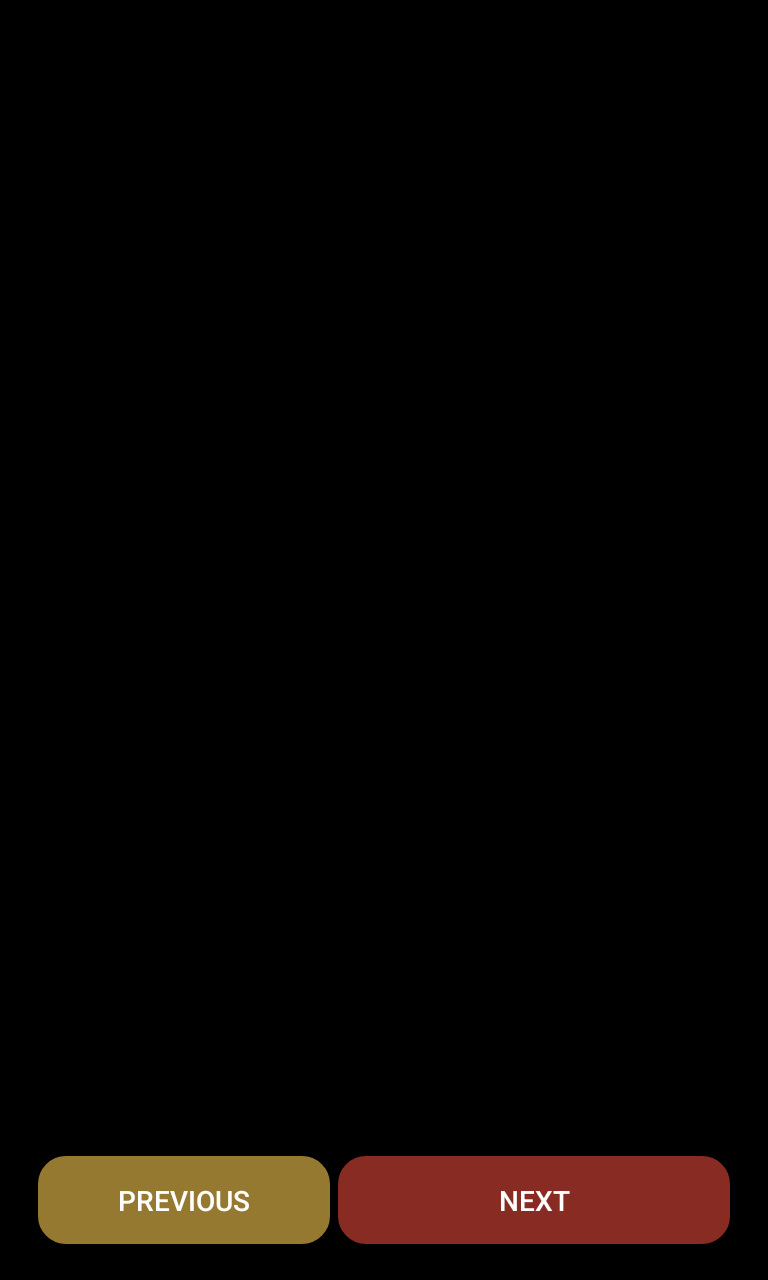
Repository: Dsupreme/MC_tictactoe
Layout: basicgrid/res/layout/tutorial1.xml
These files come from the project's save history. The layout is drawn as it stood at one moment and after the next save; the edit follows.
It is drawn on a 768 x 1280 px phone screen (xhdpi) without system bars, with theme AppTheme; the app's code is not run. The app's manifest (not shown) leaves right-to-left support off. So textAlignment, textDirection and layoutDirection are ignored, and left and right values win over start and end ones.

Above is the layout before, as saved 2014-12-02 05:20:11.

### basicgrid/res/layout/tutorial1.xml
<?xml version="1.0" encoding="utf-8"?>
<RelativeLayout xmlns:android="http://schemas.android.com/apk/res/android"
	android:layout_width="match_parent"
    android:layout_height="match_parent"
    android:background="#000000"
    android:scaleType="fitXY"
    android:paddingBottom="@dimen/activity_vertical_margin"
    android:paddingLeft="@dimen/activity_horizontal_margin"
    android:paddingRight="@dimen/activity_horizontal_margin"
    android:paddingTop="@dimen/activity_vertical_margin"
    android:orientation="vertical" >

    <ImageView
        android:id="@+id/ivAnimation"
        android:layout_width="350dp"
        android:layout_height="350dp"
        android:layout_above="@+id/text_vp"
        android:layout_centerHorizontal="true"
        android:contentDescription="Animation" />

    <Button
        android:id="@+id/prev"
        android:layout_width="150dp"
        android:layout_height="wrap_content"
        android:layout_alignLeft="@+id/ivAnimation"
        android:layout_alignParentBottom="true"
        android:layout_weight="1"
        android:background="@drawable/button_states_yellow"
        android:text="Previous"
        android:textColor="#FFF" />

    <Button
        android:id="@+id/next"
        android:layout_width="150dp"
        android:layout_height="wrap_content"
        android:layout_alignBaseline="@id/prev"
        android:layout_alignBottom="@id/prev"
        android:layout_toRightOf="@id/prev"
        android:layout_alignRight="@id/ivAnimation"
        android:layout_weight="1"
        android:background="@drawable/button_states_peach"
        android:text="Next"
        android:textColor="#FFF" />

    <TextView
        android:id="@+id/text_vp"
        android:layout_width="match_parent"
        android:layout_height="wrap_content"
        android:layout_above="@+id/prev"
        android:layout_alignLeft="@+id/ivAnimation"
        android:gravity="center"
        android:paddingBottom="10sp"
        android:paddingLeft="10sp"
        android:paddingRight="10sp"
        android:paddingTop="10sp"
        android:textAlignment="center"
        android:textColor="#FFFFFF"
        android:textSize="20sp" />

</RelativeLayout>

### basicgrid/res/drawable/button_states_yellow.xml
<?xml version="1.0" encoding="utf-8"?>
<selector xmlns:android="http://schemas.android.com/apk/res/android">
    <item android:drawable="@drawable/custom_button_yellow_pressed"
          android:state_pressed="true" />
    <item android:drawable="@drawable/custom_button_yellow_pressed"
          android:state_focused="true" />
    <item android:drawable="@drawable/custom_button_yellow" />
</selector>

### basicgrid/res/drawable/button_states_peach.xml
<?xml version="1.0" encoding="utf-8"?>
<selector xmlns:android="http://schemas.android.com/apk/res/android">
    <item android:drawable="@drawable/custom_button_peach_pressed"
          android:state_pressed="true" />
    <item android:drawable="@drawable/custom_button_peach_pressed"
          android:state_focused="true" />
    <item android:drawable="@drawable/custom_button_peach" />
</selector>

### basicgrid/res/drawable/custom_button_peach_pressed.xml
<?xml version="1.0" encoding="utf-8"?>
<layer-list xmlns:android="http://schemas.android.com/apk/res/android" >
    <item android:left="0dp" android:right="0dp"  android:top="0dp"  android:bottom="0dp">
    <shape android:shape="rectangle" >
        <solid android:color="#e74c3c"/>
        <corners android:radius="15dp"></corners>
		<padding android:top="7dp" android:bottom="7dp" android:right="7dp" android:left="7dp"/>
    	<stroke android:width="2dp" android:color="#000" />
    </shape>
    </item>
</layer-list>
<!-- color a1352a-->

### basicgrid/res/drawable/custom_button_peach.xml
<?xml version="1.0" encoding="utf-8"?>
<layer-list xmlns:android="http://schemas.android.com/apk/res/android" >
    <item android:left="0dp" android:right="0dp"  android:top="0dp"  android:bottom="0dp">
    <shape android:shape="rectangle" >
        <solid android:color="#96e74c3c"/>
        <corners android:radius="15dp"></corners>
		<padding android:top="7dp" android:bottom="7dp" android:right="7dp" android:left="7dp"/>
    	<stroke android:width="2dp" android:color="#000" />
    </shape>
    </item>
</layer-list>

### basicgrid/res/drawable/custom_button_yellow_pressed.xml
<?xml version="1.0" encoding="utf-8"?>
<layer-list xmlns:android="http://schemas.android.com/apk/res/android" >
    <item android:left="0dp" android:right="0dp"  android:top="0dp"  android:bottom="0dp">
    <shape android:shape="rectangle" >
        <solid android:color="#ffce54"/>
        <corners android:radius="15dp"></corners>
		<padding android:top="7dp" android:bottom="7dp" android:right="7dp" android:left="7dp"/>
    	<stroke android:width="2dp" android:color="#000" />

    </shape>
    </item>
</layer-list>
<!-- #96cca443 -->

### basicgrid/res/drawable/custom_button_yellow.xml
<?xml version="1.0" encoding="utf-8"?>
<layer-list xmlns:android="http://schemas.android.com/apk/res/android" >
    <item android:left="0dp" android:right="0dp"  android:top="0dp"  android:bottom="0dp">
    <shape android:shape="rectangle" >
        <solid android:color="#96ffce54"/>
        <corners android:radius="15dp"></corners>
		<padding android:top="7dp" android:bottom="7dp" android:right="7dp" android:left="7dp"/>
    	<stroke android:width="2dp" android:color="#000" />

    </shape>
    </item>
</layer-list>

Loaded but not shown: basicgrid/res/values/styles.xml (common file); basicgrid/res/values-v11/styles.xml (common file); basicgrid/res/values-v14/styles.xml (common file); basicgrid/res/values/dimens.xml (common file); basicgrid/res/values-w820dp/dimens.xml (common file)

After the next save:
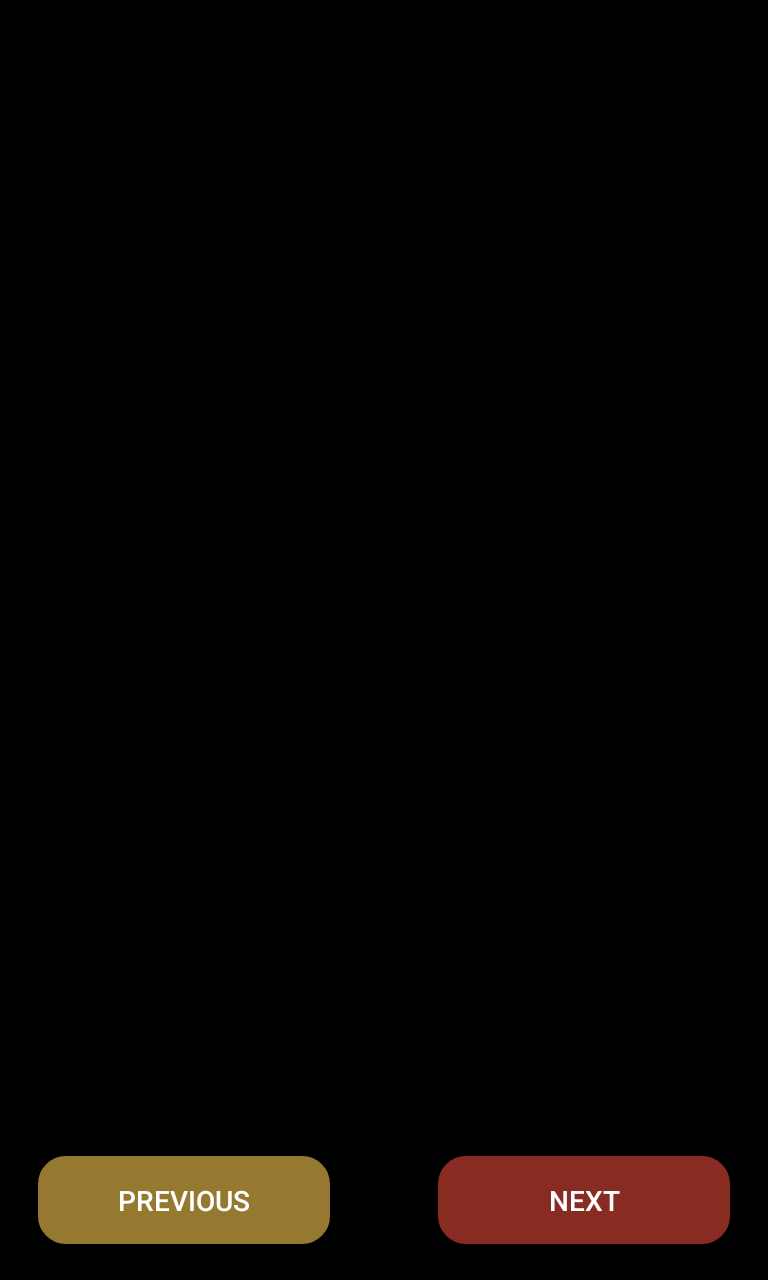
Saved 54 s later.
--- a/basicgrid/res/layout/tutorial1.xml
+++ b/basicgrid/res/layout/tutorial1.xml
@@ -35,9 +35,7 @@
         android:layout_height="wrap_content"
         android:layout_alignBaseline="@id/prev"
         android:layout_alignBottom="@id/prev"
-        android:layout_toRightOf="@id/prev"
         android:layout_alignRight="@id/ivAnimation"
-        android:layout_weight="1"
         android:background="@drawable/button_states_peach"
         android:text="Next"
         android:textColor="#FFF" />
